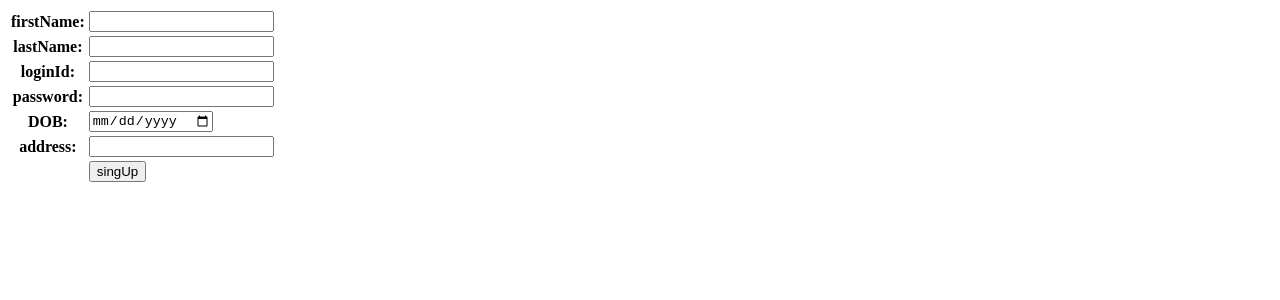
Repository: vikash9562/AdvanceJava
Page: http://localhost/DynamicProject/UserRegistration.jsp
An editor plug-in stored every save of this project. The page is shown before and after the next save, followed by the edit.
The browser window is 1280 px wide. The pictures show the whole page.
The page is served by Tomcat 9.

Above is the page before, as saved 2023-08-14 09:59:52.

After the next save:
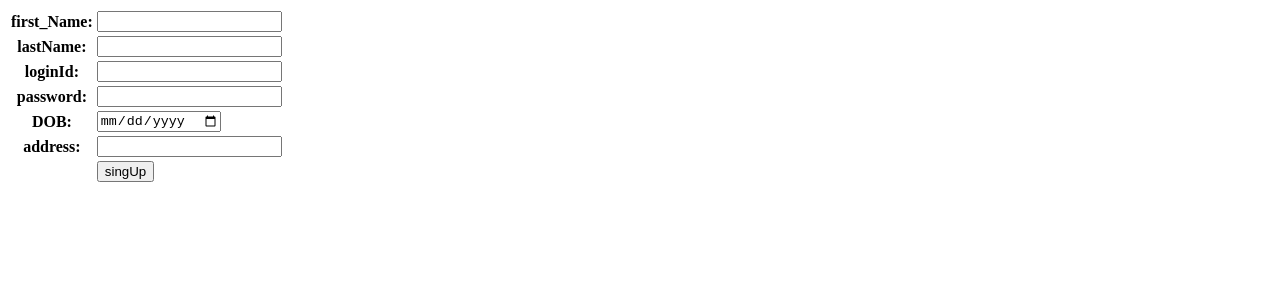
Saved 7 s later.
--- a/advance java/DynamicProject/WebContent/UserRegistration.jsp
+++ b/advance java/DynamicProject/WebContent/UserRegistration.jsp
@@ -10,7 +10,7 @@
 		<form action="Welcome.jsp">
 					<table>
 							<tr>
-								<th> firstName:</th>
+								<th> first_Name:</th>
 								<td><Input type="text"name="first_Name"></td>
 							</tr>
 
